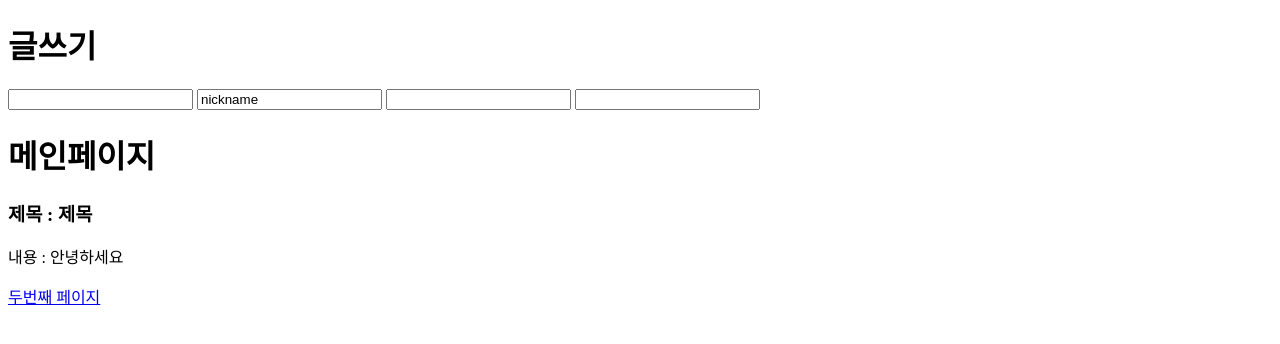
Repository: roseline0912/LikeLion
Page: http://localhost/
The author's editor kept a record of every edit. The page is drawn from the files as they stood at one moment, then again after the next edit.
The browser window is 1280 px wide. The pictures show the whole page.
The page is served by the project's application, run on Django 2.2 (Day8/CreateRead/manage.py). Other server files are loaded and not shown. The page reads the database file committed with the project.

Above is the page before.

### Day8/CreateRead/blog/views.py
from django.shortcuts import render,redirect
from .models import Post

# Create your views here.
def index(request):
    context=dict()
    mypost=Post.objects.all()
    context['dispaly_post']=mypost
    return render(request,'index.html',context)

def second(request):
    # context=dict()
    # context['result']='없어'
    return render(request,'second.html')


def create(request):
    # tmp_post=Post()  # Post 모델 사용
    # tmp_post.title=request.GET.get('title')
    # tmp_post.body=request.GET.get('body')
    # tmp_post.author=request.GET.get('nickname') #html내의 name 속성에 해당하는 정보를 잡아 활용가능
    # tmp_post.save()

    Post.objects.create(title=request.POST.get('title'),
                        body=request.POST.get('body'),
                        author=request.POST.get('nickname'))

    return redirect('index')

### Day8/CreateRead/blog/templates/index.html
<!DOCTYPE html>
<html lang="en">
<head>
    <meta charset="UTF-8">
    <meta name="viewport" content="width=
    , initial-scale=1.0">
    <meta http-equiv="X-UA-Compatible" content="ie=edge">
    <title>Document</title>
</head>
<body>

    <h1>글쓰기</h1>
    <form>
        <input type="text" name="title"/>
        <input type="text" value="nickname"/>
        <input type="textarea" name="body"/>
        <input type="sumit"

    </form>

    <h1>메인페이지</h1>
    {% for one_post in dispaly_post %}
        <h3>제목 : {{ one_post.title }}</h3>
        <p>내용 : {{ one_post.body }}</p>
    {% endfor %}


    <a href="second.html">두번째 페이지</a>

</body>
</html>

### Day8/CreateRead/blog/models.py
from django.db import models

# Create your models here.
class Post(models.Model):
    title=models.CharField("제목",max_length=100)
    body=models.TextField("내용")
    author=models.CharField("닉네임",max_length=20)
    created_at=models.DateTimeField(auto_now=True)

    def __str__(self):
        return self.title

### Day8/CreateRead/CreateRead/urls.py
"""CreateRead URL Configuration

The `urlpatterns` list routes URLs to views. For more information please see:
    https://docs.djangoproject.com/en/2.0/topics/http/urls/
Examples:
Function views
    1. Add an import:  from my_app import views
    2. Add a URL to urlpatterns:  path('', views.home, name='home')
Class-based views
    1. Add an import:  from other_app.views import Home
    2. Add a URL to urlpatterns:  path('', Home.as_view(), name='home')
Including another URLconf
    1. Import the include() function: from django.urls import include, path
    2. Add a URL to urlpatterns:  path('blog/', include('blog.urls'))
"""
from django.contrib import admin
from django.urls import path
from blog.views import index, second, create

urlpatterns = [
    path('admin/', admin.site.urls),
    path('',index,name='index'),
    path('second/',second, name='second'),
    path('create/',create, name='create'),
]

### Day8/CreateRead/db.sqlite3 (the tables this page reads, as SQL)
CREATE TABLE "blog_post" ("id" integer NOT NULL PRIMARY KEY AUTOINCREMENT, "title" varchar(100) NOT NULL, "body" text NOT NULL, "author" varchar(20) NOT NULL, "created_at" datetime NOT NULL);
INSERT INTO "blog_post" VALUES
(1, '제목', '안녕하세요', '미선', '2020-07-04 06:04:23.302885');

After the next edit:
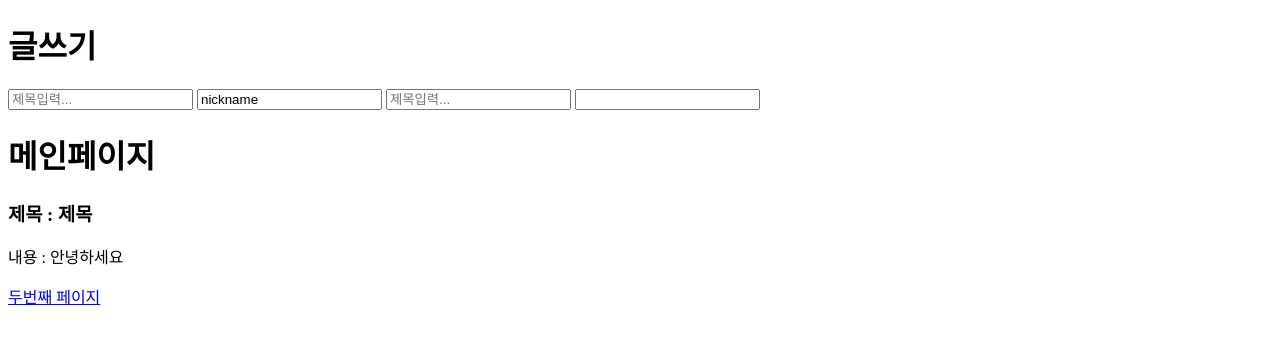
The edit:
--- a/Day8/CreateRead/blog/templates/index.html
+++ b/Day8/CreateRead/blog/templates/index.html
@@ -11,10 +11,10 @@
 
     <h1>글쓰기</h1>
     <form>
-        <input type="text" name="title"/>
-        <input type="text" value="nickname"/>
-        <input type="textarea" name="body"/>
-        <input type="sumit"
+        <input type="text" name="title" placeholder="제목입력..."/>
+        <input type="text" value="nickname" placeholder="제목입력..."/>
+        <input type="textarea" name="body" placeholder="제목입력..."/>
+        <input type="sumit"/>
 
     </form>
 
